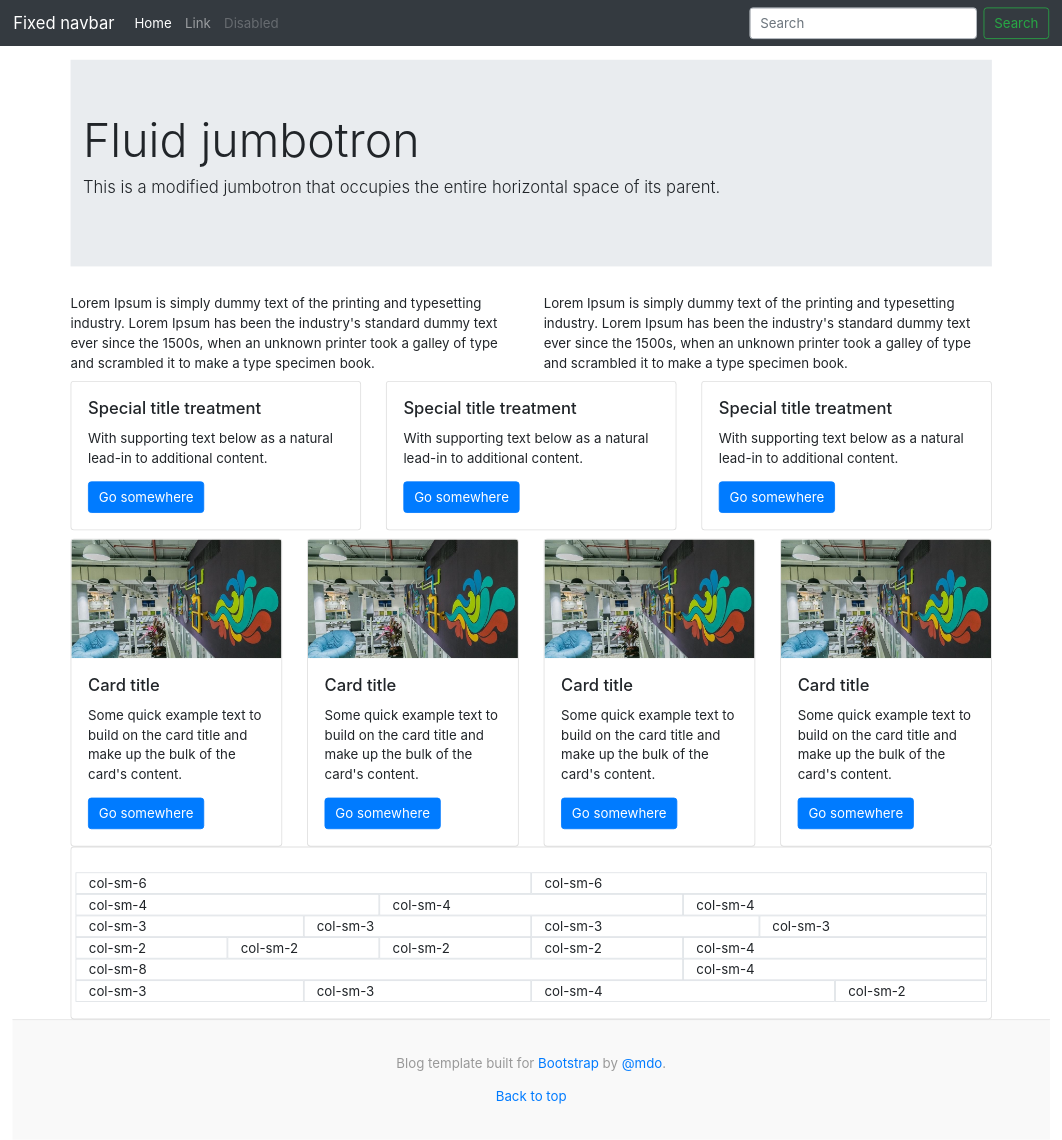
Repository: Green-Technologies-Angular/HTML
Page: index.html
An editor plug-in stored every save of this project. The page is shown before and after the next save, followed by the edit.
The browser window is 1280 px wide. The pictures show the whole page, at 83% of full size.

Above is the page before, as saved 2019-02-09 12:12:50.

### index.html
<!DOCTYPE html>
<html>

<head>
    <title>Title of the document</title>
    <link rel="stylesheet" href="css/bootstrap.css">
    <link rel="stylesheet" href="css/index.css">
    <style>
        body {
            min-height: 75rem;
            padding-top: 4.5rem;
        }
        .border {
            border: 1px solid #ccc;
        }

        .bg-nav {
            background: green;
        }
    </style>
    <script>
        localStorage.setItem("name", "tamilsdfsdfsdfsdfmani");
        console.log(localStorage.getItem('name'));
    </script>
</head>

<body>
    <div class="container-fluid">
        <nav class="navbar navbar-expand-md navbar-dark fixed-top bg-dark">
            <a class="navbar-brand" href="#">Fixed navbar</a>
            <button class="navbar-toggler" type="button" data-toggle="collapse" data-target="#navbarCollapse"
                aria-controls="navbarCollapse" aria-expanded="false" aria-label="Toggle navigation">
                <span class="navbar-toggler-icon"></span>
            </button>
            <div class="collapse navbar-collapse" id="navbarCollapse">
                <ul class="navbar-nav mr-auto">
                    <li class="nav-item active">
                        <a class="nav-link" href="#">Home <span class="sr-only">(current)</span></a>
                    </li>
                    <li class="nav-item">
                        <a class="nav-link" href="#">Link</a>
                    </li>
                    <li class="nav-item">
                        <a class="nav-link disabled" href="#">Disabled</a>
                    </li>
                </ul>
                <form class="form-inline mt-2 mt-md-0">
                    <input class="form-control mr-sm-2" type="text" placeholder="Search" aria-label="Search">
                    <button class="btn btn-outline-success my-2 my-sm-0" type="submit">Search</button>
                </form>
            </div>
        </nav>
        <main class="container">
            <div class="jumbotron jumbotron-fluid">
                <div class="container">
                    <h1 class="display-4">Fluid jumbotron</h1>
                    <p class="lead">This is a modified jumbotron that occupies the entire horizontal space of its
                        parent.</p>
                </div>
            </div>
            <div class="row">
                <div class="col-xl-6 col-lg-6 col-md-6 col-sm-6">
                    Lorem Ipsum is simply dummy text of the printing and typesetting industry. Lorem Ipsum has been the
                    industry's standard dummy text ever since the 1500s, when an unknown printer took a galley of type
                    and
                    scrambled it to make a type specimen book.
                </div>
                <div class="col-xl-6 col-lg-6 col-md-6 col-sm-6">
                    Lorem Ipsum is simply dummy text of the printing and typesetting industry. Lorem Ipsum has been the
                    industry's standard dummy text ever since the 1500s, when an unknown printer took a galley of type
                    and
                    scrambled it to make a type specimen book.
                </div>
            </div>
            <div class="row" style="padding-top:10px;">
                <div class="col-sm-4">
                    <div class="card">
                        <div class="card-body">
                            <h5 class="card-title">Special title treatment</h5>
                            <p class="card-text">With supporting text below as a natural lead-in to additional content.</p>
                            <a href="#" class="btn btn-primary">Go somewhere</a>
                        </div>
                    </div>
                </div>
                <div class="col-sm-4">
                    <div class="card">
                        <div class="card-body">
                            <h5 class="card-title">Special title treatment</h5>
                            <p class="card-text">With supporting text below as a natural lead-in to additional content.</p>
                            <a href="#" class="btn btn-primary">Go somewhere</a>
                        </div>
                    </div>
                </div>
                <div class="col-sm-4">
                    <div class="card">
                        <div class="card-body">
                            <h5 class="card-title">Special title treatment</h5>
                            <p class="card-text">With supporting text below as a natural lead-in to additional content.</p>
                            <a href="#" class="btn btn-primary">Go somewhere</a>
                        </div>
                    </div>
                </div>
            </div>
            <div class="row" style="padding-top:10px;">
                <div class="col-sm-3">
                    <div class="card">
                        <div class="card-body p-0">
                            <img src="images/Download.jpg" class="card-img-top" alt="...">
                            <div class="card-body">
                                <h5 class="card-title">Card title</h5>
                                <p class="card-text">Some quick example text to build on the card title and make up the
                                    bulk of
                                    the
                                    card's content.</p>
                                <a href="#" class="btn btn-primary">Go somewhere</a>
                            </div>
                        </div>
                    </div>
                </div>
                <div class="col-sm-3">
                    <div class="card">
                        <div class="card-body p-0">
                            <img src="images/Download.jpg" class="card-img-top" alt="...">
                            <div class="card-body">
                                <h5 class="card-title">Card title</h5>
                                <p class="card-text">Some quick example text to build on the card title and make up the
                                    bulk of
                                    the
                                    card's content.</p>
                                <a href="#" class="btn btn-primary">Go somewhere</a>
                            </div>
                        </div>
                    </div>
                </div>
                <div class="col-sm-3">
                    <div class="card">
                        <div class="card-body p-0">
                            <img src="images/Download.jpg" class="card-img-top" alt="...">
                            <div class="card-body">
                                <h5 class="card-title">Card title</h5>
                                <p class="card-text">Some quick example text to build on the card title and make up the
                                    bulk of
                                    the
                                    card's content.</p>
                                <a href="#" class="btn btn-primary">Go somewhere</a>
                            </div>
                        </div>
                    </div>
                </div>
                <div class="col-sm-3">
                    <div class="card">
                        <div class="card-body p-0">
                            <img src="images/Download.jpg" class="card-img-top" alt="...">
                            <div class="card-body">
                                <h5 class="card-title">Card title</h5>
                                <p class="card-text">Some quick example text to build on the card title and make up the
                                    bulk of
                                    the
                                    card's content.</p>
                                <a href="#" class="btn btn-primary">Go somewhere</a>
                            </div>
                        </div>
                    </div>
                </div>
            </div>


            <div class="card" style="padding-top:10px;">
                <div class="card-body">
                    <div class="row">
                        <div class="col-sm-6 border">col-sm-6</div>
                        <div class="col-sm-6 border">col-sm-6</div>
                    </div>
                    <div class="row">
                        <div class="col-sm-4 border">col-sm-4</div>
                        <div class="col-sm-4 border">col-sm-4</div>
                        <div class="col-sm-4 border">col-sm-4</div>
                    </div>
                    <div class="row">
                        <div class="col-sm-3 border">col-sm-3</div>
                        <div class="col-sm-3 border">col-sm-3</div>
                        <div class="col-sm-3 border">col-sm-3</div>
                        <div class="col-sm-3 border">col-sm-3</div>
                    </div>
                    <div class="row">
                        <div class="col-sm-2 border">col-sm-2</div>
                        <div class="col-sm-2 border">col-sm-2</div>
                        <div class="col-sm-2 border">col-sm-2</div>
                        <div class="col-sm-2 border">col-sm-2</div>
                        <div class="col-sm-4 border">col-sm-4</div>
                    </div>
                    <div class="row">
                        <div class="col-sm-8 border">col-sm-8</div>
                        <div class="col-sm-4 border">col-sm-4</div>
                    </div>
                    <div class="row">
                        <div class="col-sm-3 border">col-sm-3</div>
                        <div class="col-sm-3 border">col-sm-3</div>
                        <div class="col-sm-4 border">col-sm-4</div>
                        <div class="col-sm-2 border">col-sm-2</div>
                    </div>
                </div>
            </div>
        </main>
        <footer class="blog-footer">
            <p>Blog template built for <a href="https://getbootstrap.com/">Bootstrap</a> by <a href="https://twitter.com/mdo">@mdo</a>.</p>
            <p>
                <a href="#">Back to top</a>
            </p>
        </footer>
    </div>
    <script src="script/jquery.js"></script>
    <script src="script/popper.js"></script>
    <script src="script/bootstrap.js"></script>
</body>

</html>

### css/index.css
.bg-nav{
    background: red;
}
/*
 * Footer
 */
 .blog-footer {
    padding: 2.5rem 0;
    color: #999;
    text-align: center;
    background-color: #f9f9f9;
    border-top: .05rem solid #e5e5e5;
  }
  .blog-footer p:last-child {
    margin-bottom: 0;
  }
@media (min-width: 1200px) {
    .bg-nav{
        background: red;
        margin-top:100px;
    }
 }

Loaded but not shown: css/bootstrap.css (library); script/jquery.js (library); script/popper.js (library); script/bootstrap.js (library)

After the next save:
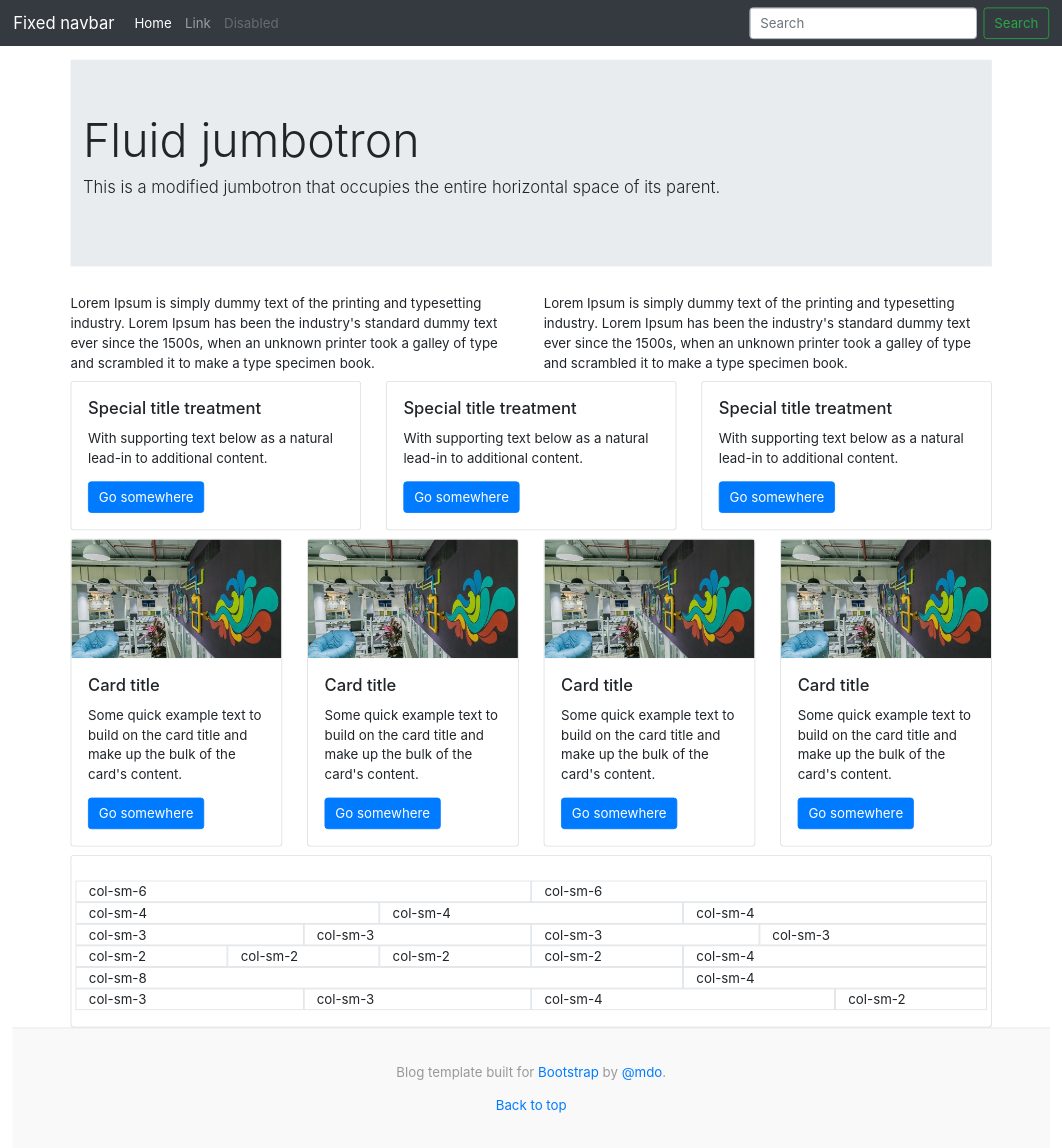
Saved 6 min 52 s later.
--- a/index.html
+++ b/index.html
@@ -164,6 +164,7 @@
                 </div>
             </div>
 
+            <div class="row" style="padding-top: 10px;"></div>
 
             <div class="card" style="padding-top:10px;">
                 <div class="card-body">
